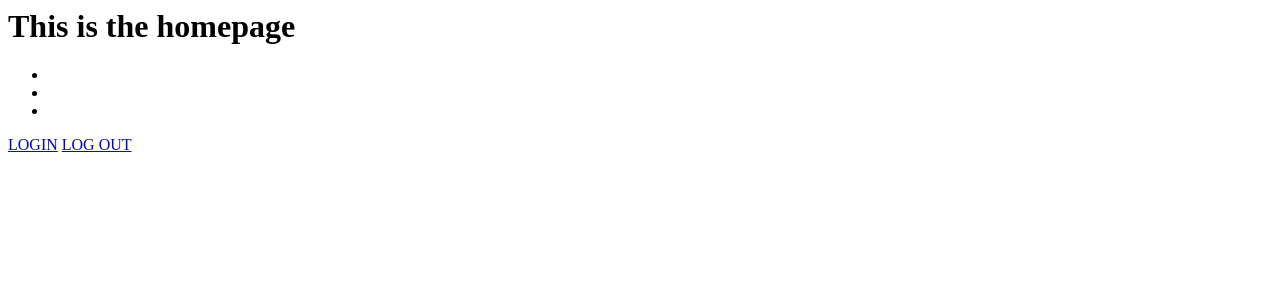
Repository: bosicheng/yelpcamp-project
Page: http://localhost/
The author's editor kept a record of every edit. The page is drawn from the files as they stood at one moment, then again after the next edit.
The browser window is 1280 px wide. The pictures show the whole page.
The page is served by the project's Node server (Authentication/AuthDemo/app.js). Other server files are loaded and not shown.

Above is the page before.

### Authentication/AuthDemo/views/home.ejs
<h1>This is the homepage</h1>

<ul>
    <li></li>
    <li></li>
    <li></li>
</ul>

<a href='/login'>LOGIN</a>
<a href='/logout'>LOG OUT</a>

### Authentication/AuthDemo/app.js
var express=require("express");
var app=express();
var mongoose=require('mongoose');
var passport=require("passport");
var bodyParser=require('body-parser');
var localStrategy=require('passport-local');
var passportLocalMongoose=require("passport-local-mongoose");
var User=require("./models/user");
var expressSession=require("express-session");

mongoose.connect("mongodb://localhost/auth_demo_app",{ useNewUrlParser: true });

app.use(expressSession({
    // 这里的secret是用来编码和解码进程的
    // 因为在进程中我们不会把数据存储为普通的英语
    secret:"aaa",
    resave:false,
    saveUninitialized:false
}))

app.use(passport.initialize());
app.use(passport.session());

// 这两行代码是负责从进程中读取数据并进行编码和解码
passport.serializeUser(User.serializeUser());
passport.deserializeUser(User.deserializeUser());
passport.use(new localStrategy(User.authenticate()));

app.set('view engine','ejs')

// 只要用form表单传数据都需要用到这行代码
app.use(bodyParser.urlencoded({extended:true}));

//ROUTES

app.get('/',function(req,res){
    res.render('home')
})

// 使用middleware操作阻止直接进入secret页，需要判断是否loggedin
app.get('/secret',isLoggedIn,function(req,res){
    res.render('secret')
})

//Authentication ROUTES
//show sign up form
app.get('/register',function(req,res){
    res.render('register')
})

app.post('/register',function(req,res){
    // 这里的逻辑是：form表单提交了req.body.username
    // 然后    .register方法新建user对象把username和传过来的username hash成对，再单独传password
    // 建立账户密码以后可以去数据库中查看，可以发现密码被编码成很长的一串
    User.register(new User({username:req.body.username}),req.body.password,function(err,user){
        if(err){
            console.log(err)
            return res.render('register')
        }
        passport.authenticate("local")(req, res, function(){
           res.redirect("/secret");
        });
    })
})

//LOGIN ROUTE
app.get('/login',function(req,res){
    res.render('login')
})

//login logic
// 但是这里不能直接post，是需要检测账号密码是否正确
//middleware: run before the final route callback,在route的开始和结束中间
app.post('/login',passport.authenticate('local',{
    successRedirect:'/secret',
    failureRedirect:'/login'
}),function(req,res){

})


app.get('/logout',function(req,res){
    // 下面指令的意义是passport会清除user所有在进程中的数据
    req.logout();
    res.redirect('/login')
})

// 这里的next指的就是最后一个route，也就是final callback
function isLoggedIn(req,res,next){
    if(req.isAuthenticated()){
        // 继续下一步
        return next();
    }
    res.redirect('/login')
}



app.listen(process.env.PORT,process.env.IP,function(){
    console.log('Server Started!')
})

After the next edit:
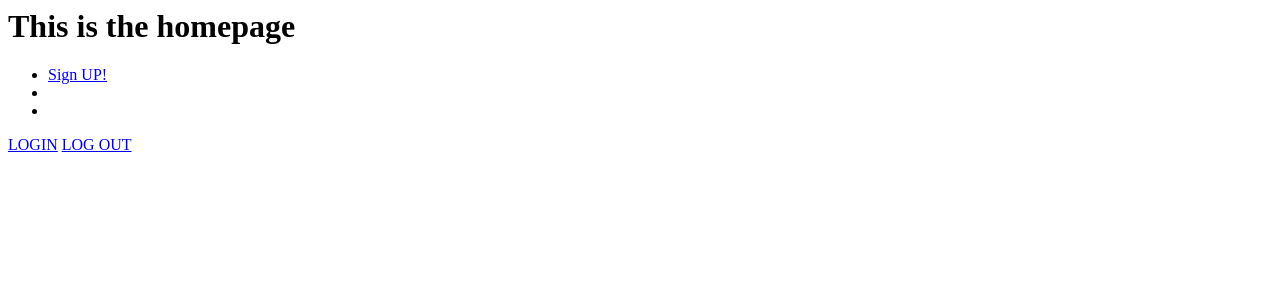
The edit:
--- a/Authentication/AuthDemo/views/home.ejs
+++ b/Authentication/AuthDemo/views/home.ejs
@@ -1,7 +1,7 @@
 <h1>This is the homepage</h1>
 
 <ul>
-    <li></li>
+    <li><a href='/register'>Sign UP!</a></li>
     <li></li>
     <li></li>
 </ul>
